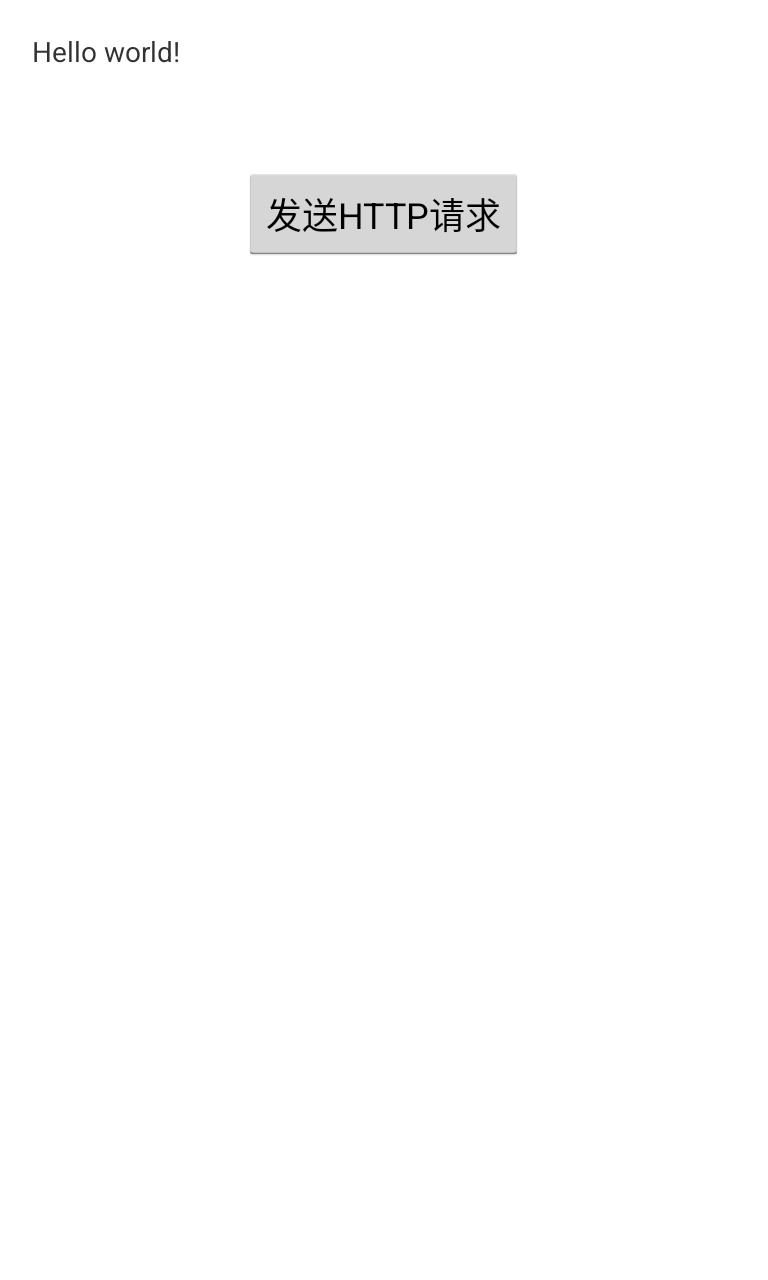
Repository: DongHuaLu/android
Layout: 19AsnycHttp/res/layout/activity_main.xml
The author's editor kept a copy of each file at every save. The layout is drawn from the files as they stood at one save, then again after a run of saves.
It is drawn on a 768 x 1280 px phone screen (xhdpi) without system bars, with theme AppTheme; the app's code is not run.

Above is the layout before, as saved 2013-08-26 09:30:48.

After the next 2 saves:
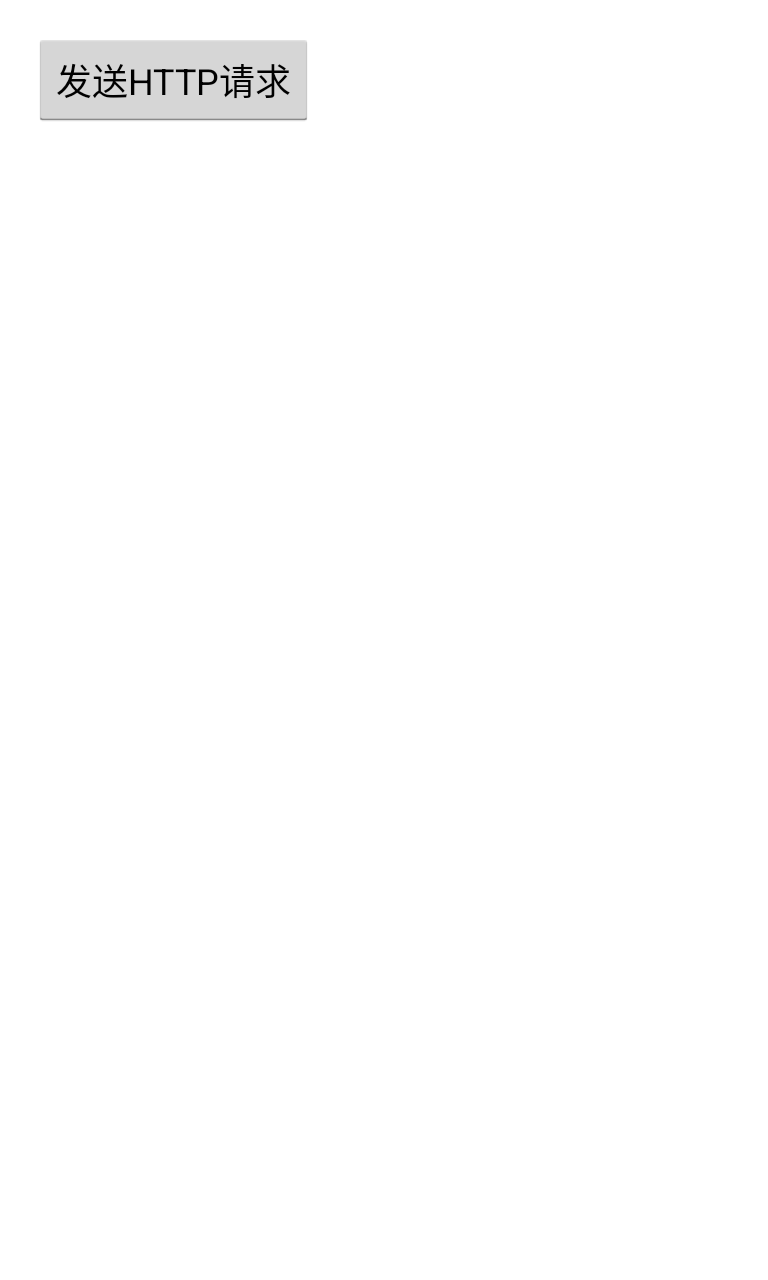
The 2 saves are shown as one change because they came seconds apart.
The last was saved 8 s later.
--- a/19AsnycHttp/res/layout/activity_main.xml
+++ b/19AsnycHttp/res/layout/activity_main.xml
@@ -8,19 +8,10 @@
     android:paddingTop="@dimen/activity_vertical_margin"
     tools:context=".MainActivity" >
 
-    <TextView
-        android:id="@+id/textView1"
-        android:layout_width="wrap_content"
-        android:layout_height="wrap_content"
-        android:text="@string/hello_world" />
-
     <Button
         android:id="@+id/button1"
         android:layout_width="wrap_content"
         android:layout_height="wrap_content"
-        android:layout_below="@+id/textView1"
-        android:layout_centerHorizontal="true"
-        android:layout_marginTop="48dp"
         android:text="发送HTTP请求" />
 
 </RelativeLayout>
